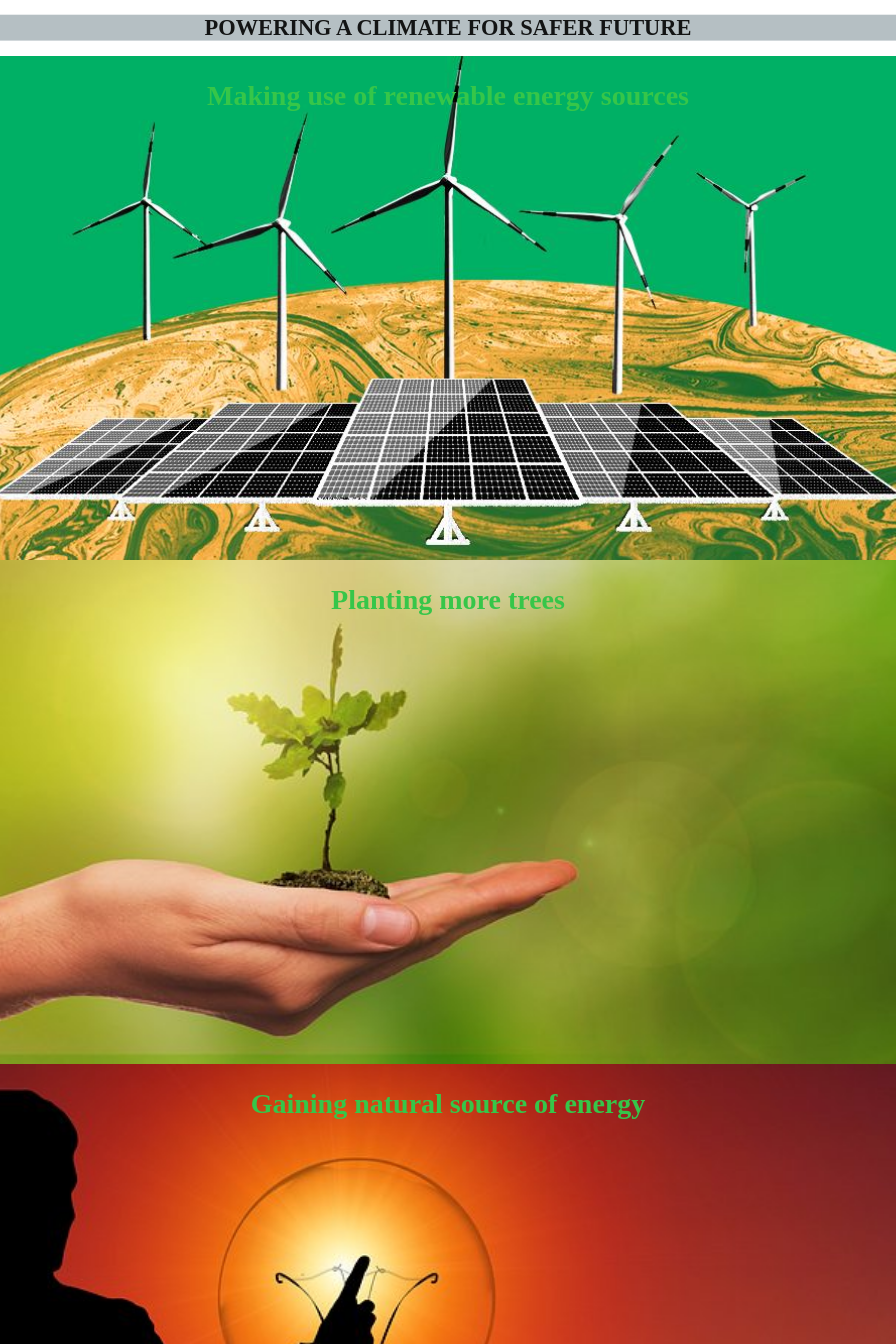
Repository: NavinDayanithi/static-web-design-competition
Page: index.html
The author's editor kept a copy of each file at every save. The page is drawn from the files as they stood at one save, then again after the next save.
The browser window is 1280 px wide. The pictures show the part of the page from y = 0 to 1920 px (the page is 4420 px tall), at 70% of full size.
Backgrounds fixed to the window are drawn as part of the page.

Above is the page before, as saved 2023-04-28 20:41:54.

### index.html
<!DOCTYPE html>
<html lang="en">
<head>
  <title>POWERING CLIMATE </title>
  <link rel="stylesheet" href="styles.css">
</head>
<body>
    <h1 >POWERING A CLIMATE FOR SAFER FUTURE</h1>
    <div class="box1">
        <h2>Making use of renewable energy sources</h2>
    </div>
    <div class="box2">
        <h2>Planting more trees</h2>
    </div>
    <div class="box3">
        <h2>Gaining natural source of energy</h2>
    </div>
    <div class="box4">
        <h2>Everyone is responsible</h2>
    </div>
    <div class="box5">
        <h2>Using Eco-friendly products</h2>
    </div>
    <div class="box6">
        <h2></h2>
    </div>
</body>
</html>

### styles.css

h1
{
    text-align:center;
    color:rgb(19, 20, 20);
    background-color: rgb(181, 191, 195);

}
h2{
    text-align: center;
    color: rgb(54, 198, 73);
    font-size:40px;
}

 body{
    margin: 0;
    padding: 0;
    /* background-color: blue; */
}
head{
    text-align: center;
}

.box1{
    height: 100vh;
    width:100%;
    background-image: url(img1.jpg);
    background-size: cover;
    background-position: center;
    display: table;
    background-attachment: fixed;
}

.box2{
    height: 100vh;
    width:100%;
    background-image: url(img2.jpg);
    background-size: cover;
    background-position: center;
    display: table;
    background-attachment: fixed;
}

.box3{
    height: 100vh;
    width:100%;
    background-image: url(img3.jpg);
    background-size:cover;
    display: table;
    background-attachment: fixed;

}


.box4{
    height: 100vh;
    width:100%;
    background-image: url(img4.jpg);
    background-size: cover;
    background-position: center;
    display: table;
    background-attachment: fixed;
}

.box5{
    height: 100vh;
    width:100%;
    background-image: url(img5.jpg);
    background-size: cover;
    /* background-position: center; */
    display: table;
    background-attachment: fixed;
}

.box6{
    height: 100vh;
    margin-top: 20px;
    width:100%;
    background-image: url(img6.jpg);
    background-size: cover;
   background-position: center;
    display: table;
    background-attachment: fixed;
}

After the next save:
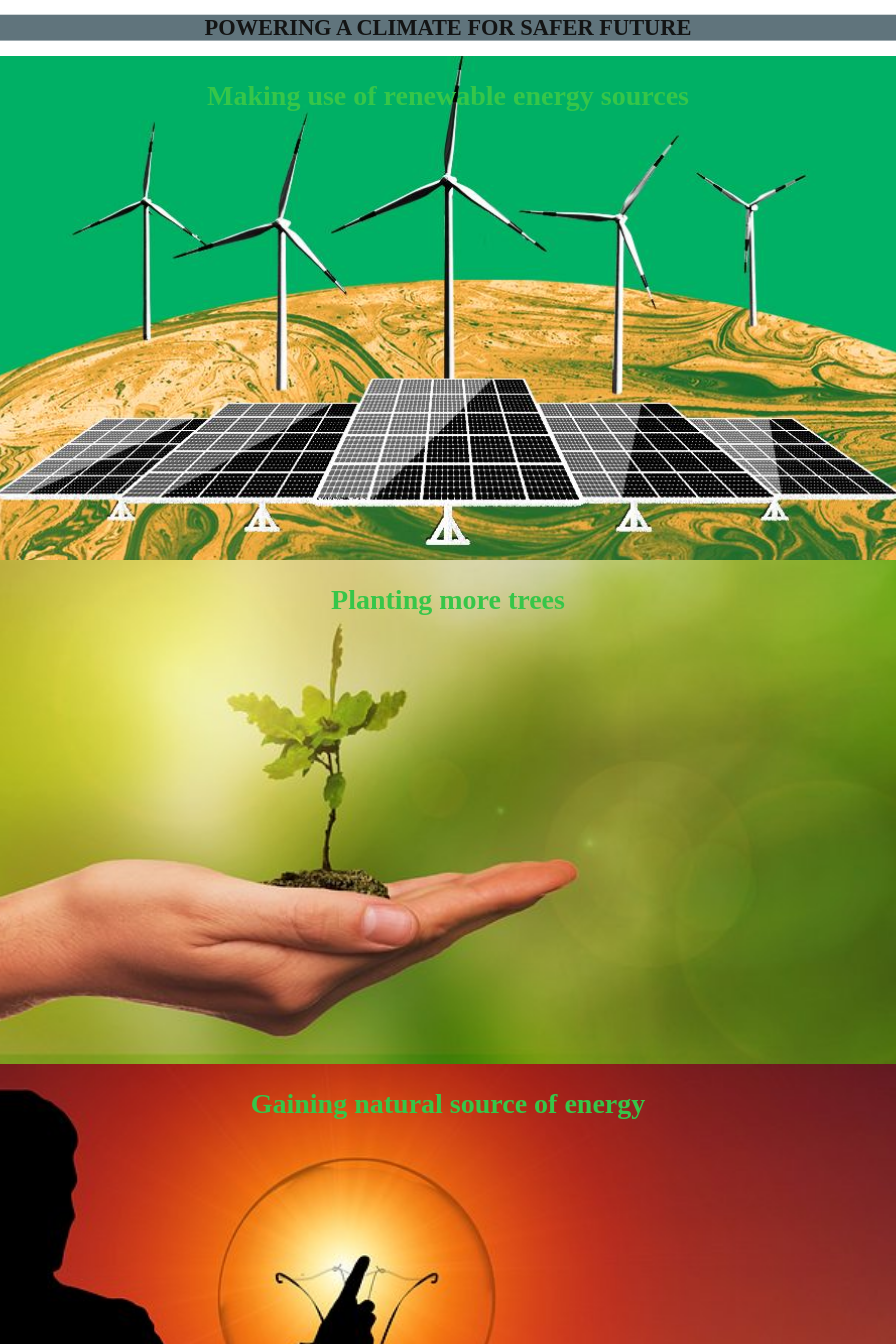
Saved 4 s later.
--- a/styles.css
+++ b/styles.css
@@ -3,7 +3,7 @@ h1
 {
     text-align:center;
     color:rgb(19, 20, 20);
-    background-color: rgb(181, 191, 195);
+    background-color: rgb(96, 116, 124);
 
 }
 h2{
